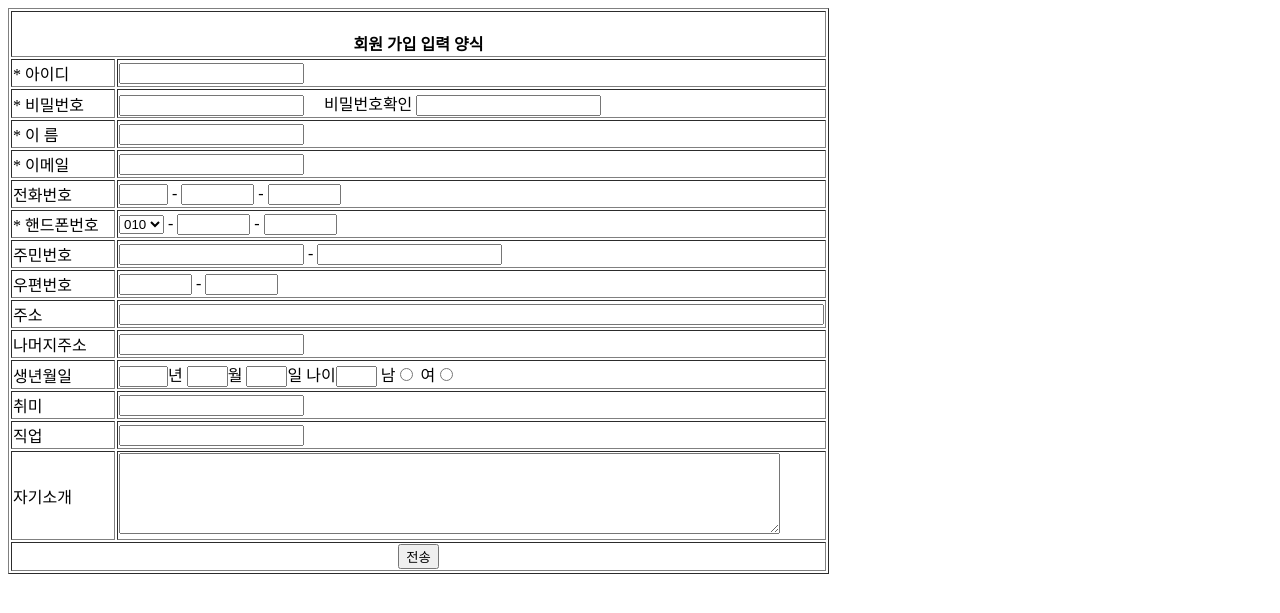
Repository: vkfkstptkd1/WebProgramming
Page: ch3_FormTag/WebContent/In_Form.html
An editor plug-in stored every save of this project. The page is shown before and after the next save, followed by the edit.
The browser window is 1280 px wide. The pictures show the whole page.

Above is the page before, as saved 2021-03-20 07:25:35.

After the next save:
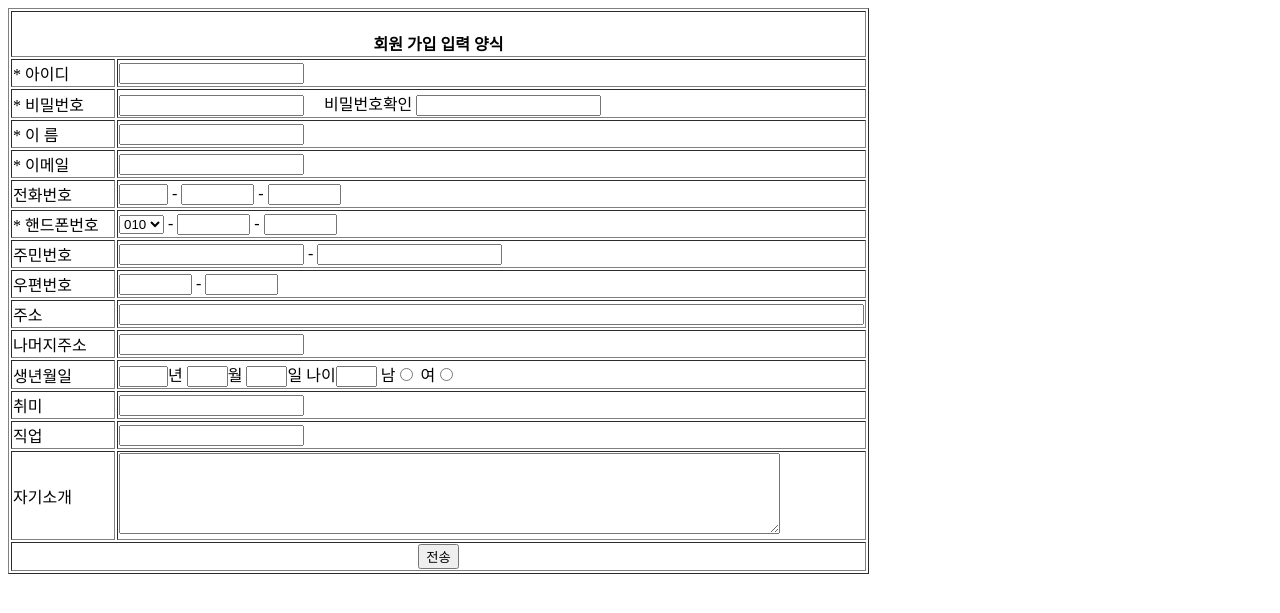
Saved 10 s later.
--- a/ch3_FormTag/WebContent/In_Form.html
+++ b/ch3_FormTag/WebContent/In_Form.html
@@ -54,7 +54,7 @@
 			 <input type="text" name="pn2" size=6></td>
 	</tr>
 	<tr><td> 주소</td>
-		<td> <input type="text" name="ad" size=85 ></td>
+		<td> <input type="text" name="ad" size=90 ></td>
 	</tr>
 	<tr><td> 나머지주소</td>
 		<td> <input type="text" name="remainderad"></td>
